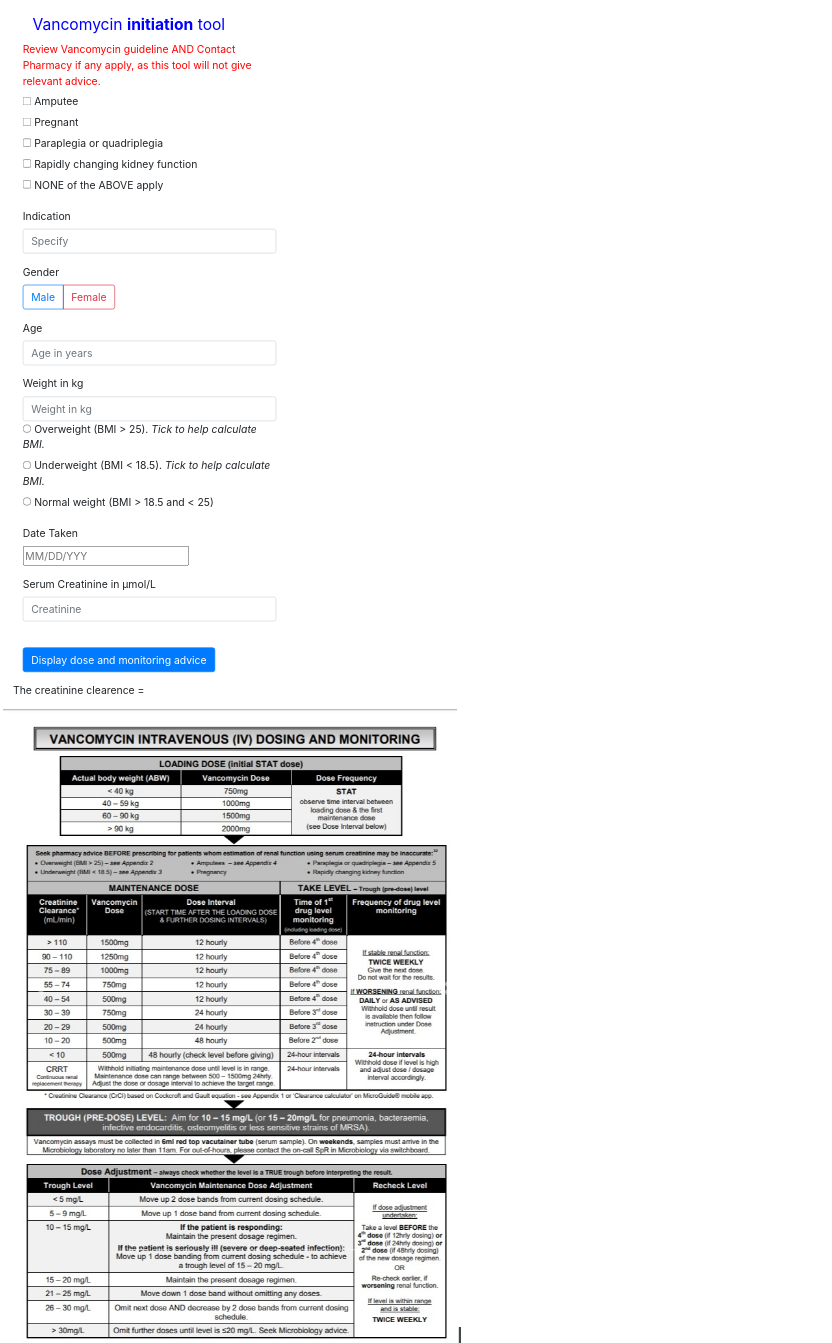
Repository: Mismiles/project-clinical-calculator
Page: index.html
The author's editor kept a record of every edit. The page is drawn from the files as they stood at one moment, then again after the next edit.
The browser window is 1280 px wide. The pictures show the whole page, at 65% of full size.

Above is the page before.
Console error: SyntaxError: Unexpected token '<'

After the next edit:
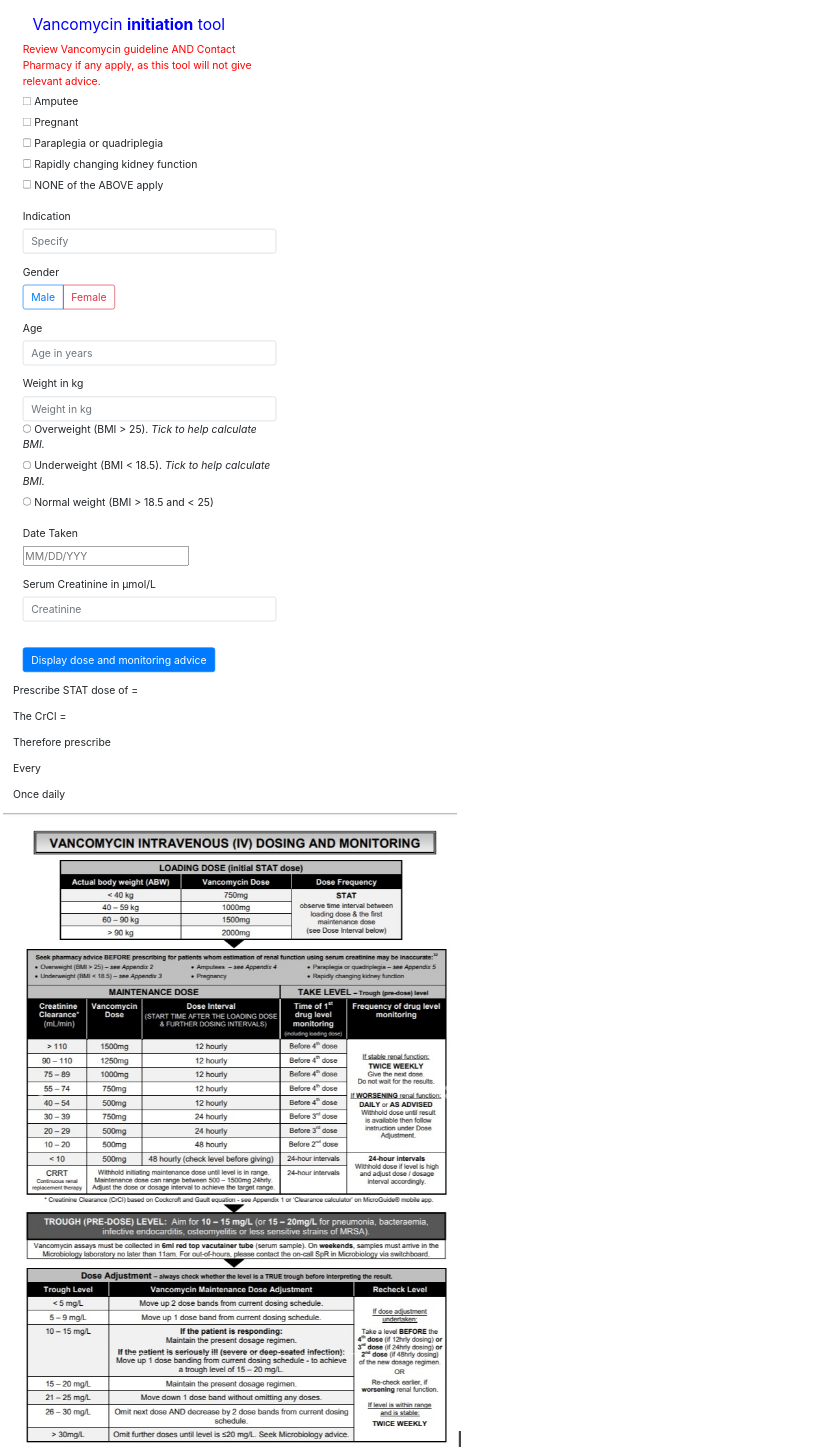
The edit:
--- a/index.html
+++ b/index.html
@@ -163,7 +163,11 @@
 </fieldset>
 </form>
 
-<p id="output_text">The creatinine clearence =</p>
+<p id="output_text">Prescribe STAT dose of =</p>
+<p id="output_text">The CrCl =</p>
+<p id="output_text">Therefore prescribe</p>
+<p id="output_text">Every <b></b></p>
+<p id="output_text">Once daily</p>
 
 
 <!-- Image carousel -->
